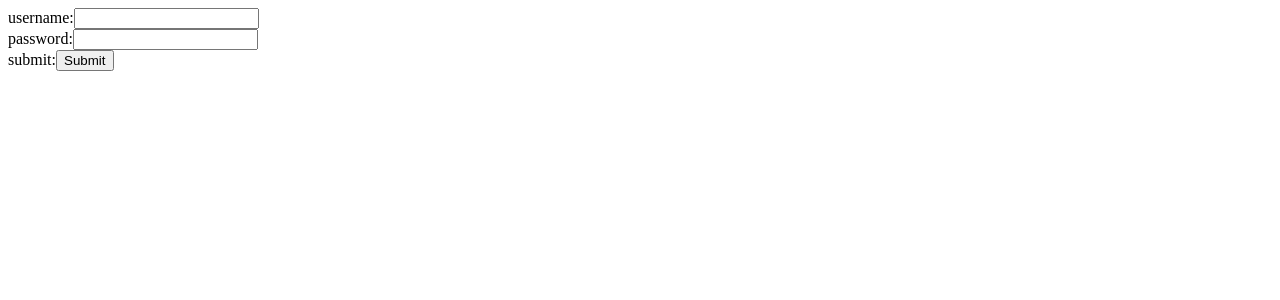
Repository: Ranjithamshivamatta/Java
Page: LoginValidation/WebContent/login.html
These files come from the project's save history. The page is drawn as it stood at one moment and after the next save; the edit follows.
The browser window is 1280 px wide. The pictures show the whole page.

Above is the page before, as saved 2019-04-24 04:33:55.

### LoginValidation/WebContent/login.html
<!DOCTYPE html>
<html>
<head>
<meta charset="UTF-8">
<title>Welcome to login page</title>
</head>
<body>
username:<input type  = "text" name ="username" /><br>

password:<input type ="password" name ="password" /><br>
submit:<input type="submit" value="Submit" />
</body>
</html>

After the next save:
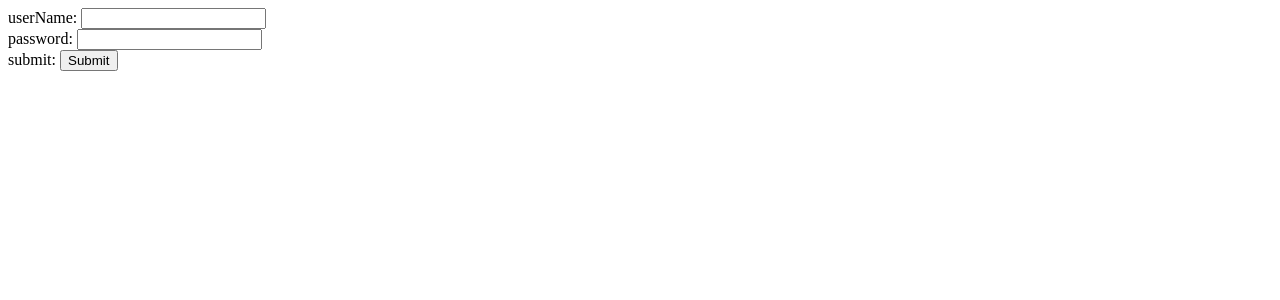
Saved 98 s later.
--- a/LoginValidation/WebContent/login.html
+++ b/LoginValidation/WebContent/login.html
@@ -5,9 +5,11 @@
 <title>Welcome to login page</title>
 </head>
 <body>
-username:<input type  = "text" name ="username" /><br>
-
-password:<input type ="password" name ="password" /><br>
-submit:<input type="submit" value="Submit" />
+	userName:
+	<input type="text" name="username" />
+	<br> password:
+	<input type="password" name="password" />
+	<br> submit:
+	<input type="submit" value="Submit" />
 </body>
 </html>
